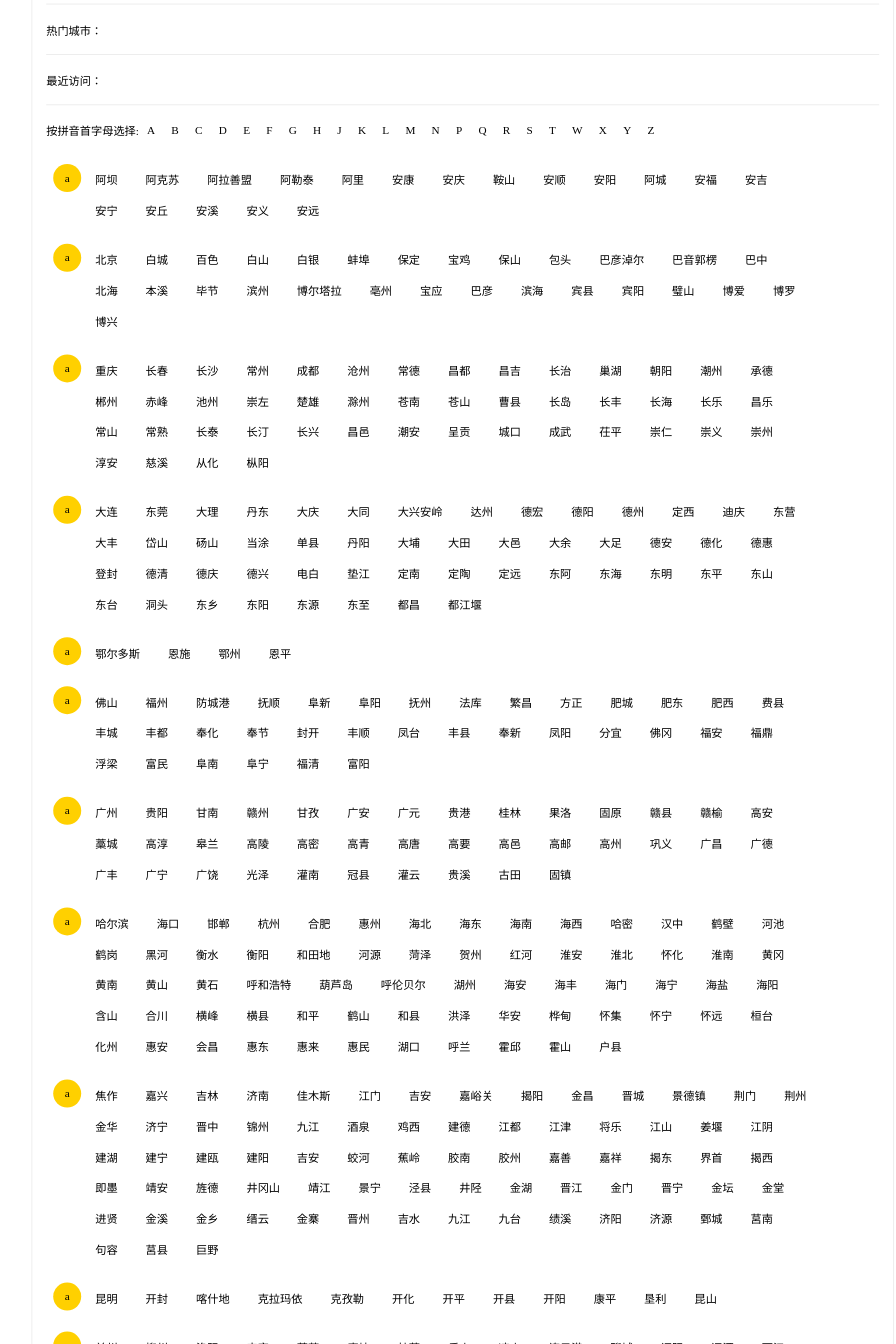
Repository: jinggegeZ/-
Page: /city
An editor plug-in stored every save of this project. The page is shown before and after the next save, followed by the edit.
The browser window is 1280 px wide. The pictures show the part of the page from y = 335 to 2255 px (the page is 4714 px tall), at 70% of full size.
The page's requests for data from a server got no answer. The project was rebuilt for these pictures with package versions that can differ from the ones it lists, and the page was loaded fresh each time. No one was signed in, and anything a server would have sent is missing. Also part of the build but not shown: vue.config.js, src/components/Navigation/Navigation.vue, src/components/navbox/navbox.vue, src/components/Sty/Sty.vue, src/views/Home.vue.

Above is the page before, as saved 2020-08-22 11:39:19.

After the next save:
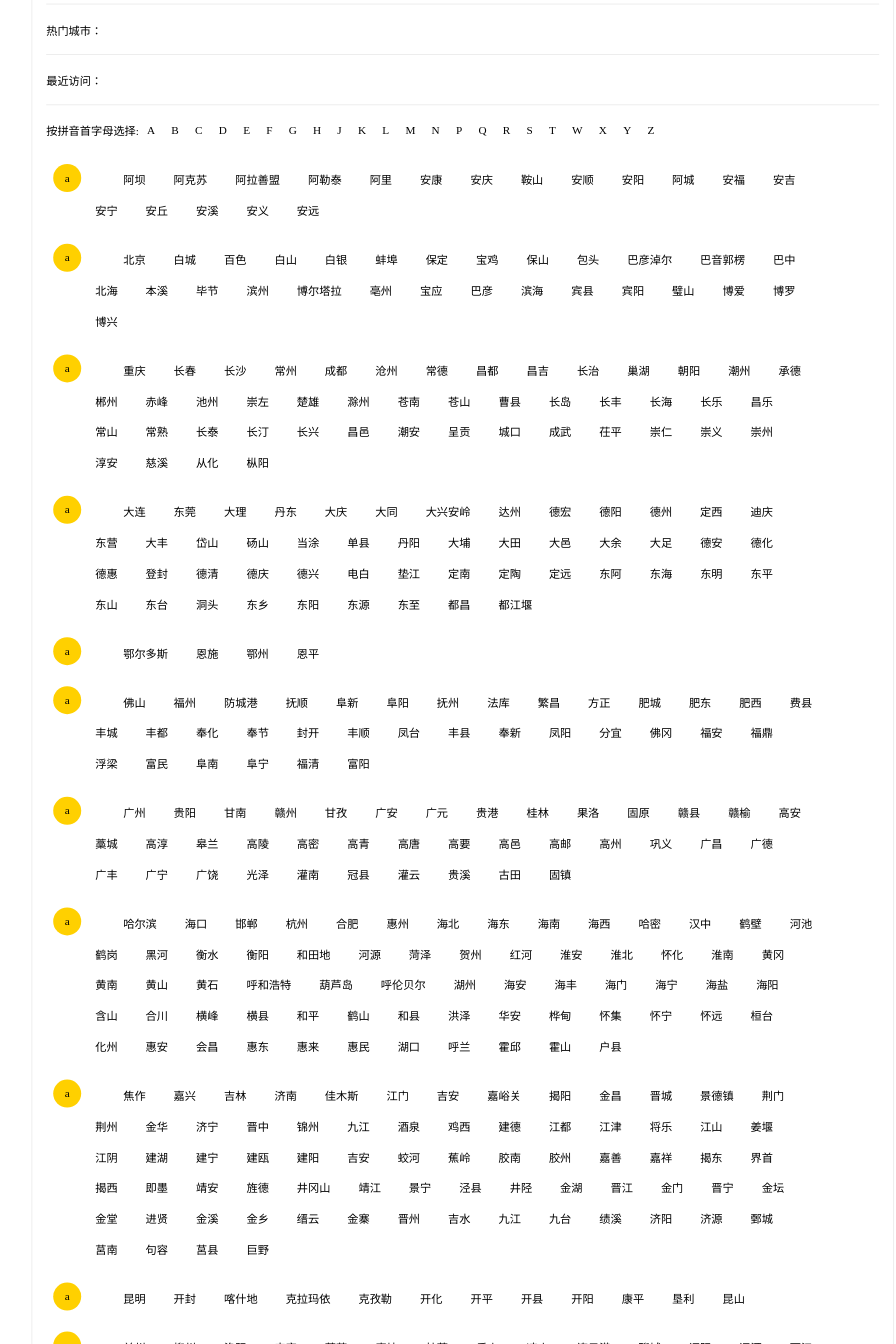
Saved 103 s later.
--- a/src/views/city/city.vue
+++ b/src/views/city/city.vue
@@ -226,6 +226,13 @@
 
   this.letter = Object.keys(this.cities)
   this.letterss = Object.values(this.cities)
+    this.letterss.map((item,index) => {
+      this.letter.map((item1,index1) => {
+        if(index === index1){
+          item.unshift(item1)
+        }
+      })
+    })
   console.log(this.letter);
   console.log(this.letterss);
     // for (let i in this.citys) {
